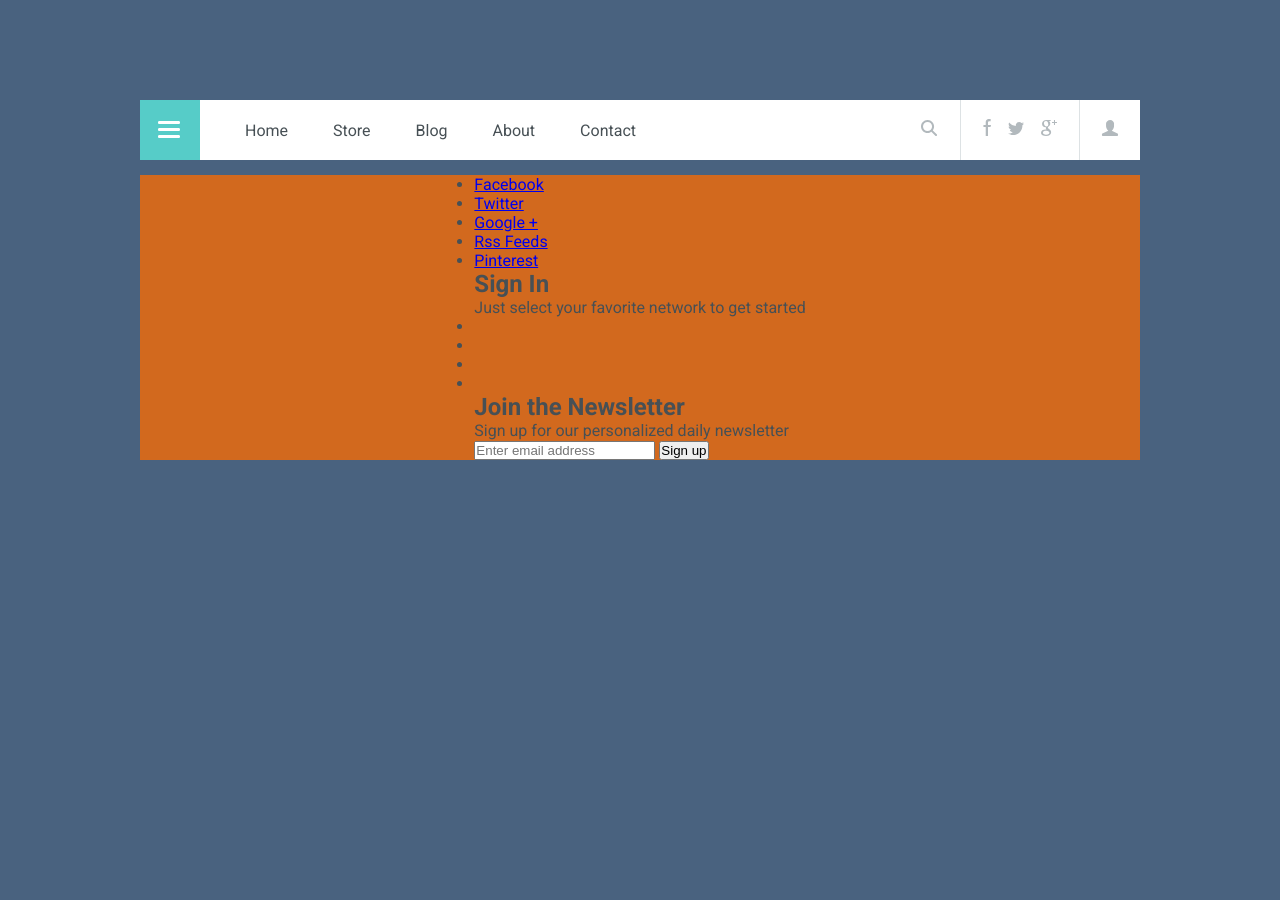
Repository: pawelczubak/WeeklyWebDevChallenge
Page: Challenge_4/index.html
These files come from the project's save history. The page is drawn as it stood at one moment and after the next save; the edit follows.
The browser window is 1280 px wide. The pictures show the whole page.
Some web libraries are served in a nearby version.

Above is the page before, as saved 2020-04-27 19:30:02.

### Challenge_4/index.html
<!DOCTYPE html>
<html lang="en">

<head>
    <meta charset="UTF-8">
    <meta name="viewport" content="width=device-width, initial-scale=1.0">

    <title>Weekly WebDev Challenge - 4</title>

    <link href="https://fonts.googleapis.com/css2?family=Roboto:wght@300;400;700&display=swap" rel="stylesheet">
    <script src="https://kit.fontawesome.com/f64caa1a2c.js" crossorigin="anonymous"></script>

    <meta name="viewport" content="width = device-width, initial-scale=1, user-scalable=yes">
    <link rel="stylesheet" href="css/main.css">
</head>

<body>
    <div class="container">
        <!--  -----  NAVIGATION START  -----  -->
        <nav class="nav">
            <div class="nav-button">

                <svg xmlns="http://www.w3.org/2000/svg" xmlns:xlink="http://www.w3.org/1999/xlink" width="0.24in"
                    height="0.18in">
                    <path fill-rule="evenodd" fill="rgb(255, 255, 255)"
                        d="M20.653,17.008 L1.347,17.008 C0.603,17.008 -0.000,16.417 -0.000,15.690 L-0.000,15.372 C-0.000,14.644 0.603,14.055 1.347,14.055 L20.653,14.055 C21.397,14.055 22.000,14.644 22.000,15.372 L22.000,15.690 C22.000,16.417 21.397,17.008 20.653,17.008 ZM20.653,9.980 L1.347,9.980 C0.603,9.980 -0.000,9.390 -0.000,8.662 L-0.000,8.344 C-0.000,7.617 0.603,7.027 1.347,7.027 L20.653,7.027 C21.397,7.027 22.000,7.617 22.000,8.344 L22.000,8.662 C22.000,9.390 21.397,9.980 20.653,9.980 ZM20.653,2.952 L1.347,2.952 C0.603,2.952 -0.000,2.362 -0.000,1.635 L-0.000,1.317 C-0.000,0.589 0.603,-0.001 1.347,-0.001 L20.653,-0.001 C21.397,-0.001 22.000,0.589 22.000,1.317 L22.000,1.635 C22.000,2.362 21.397,2.952 20.653,2.952 Z" />
                </svg>

            </div>
            <ul class="nav-list">
                <li class="nav-list__item"><a href="#" class="nav-list__link">Home</a></li>
                <li class="nav-list__item"><a href="#" class="nav-list__link">Store</a></li>
                <li class="nav-list__item"><a href="#" class="nav-list__link">Blog</a></li>
                <li class="nav-list__item"><a href="#" class="nav-list__link">About</a></li>
                <li class="nav-list__item"><a href="#" class="nav-list__link">Contact</a></li>
            </ul>
            <div class="nav-icons">
                <div class="nav-icons__search">
                    <a href="#" class="nav-link__icon">
                        <svg xmlns="http://www.w3.org/2000/svg" xmlns:xlink="http://www.w3.org/1999/xlink"
                            width="0.18in" height="0.17in">
                            <path class="nav-icons__svg" fill-rule="evenodd" fill="rgb(178, 185, 189)"
                                d="M15.728,14.309 L11.786,10.388 C12.600,9.303 13.088,7.963 13.088,6.504 C13.088,2.908 10.157,-0.006 6.541,-0.006 C2.926,-0.006 -0.005,2.908 -0.005,6.504 C-0.005,10.100 2.926,13.014 6.541,13.014 C7.963,13.014 9.275,12.558 10.349,11.793 L14.304,15.726 C14.697,16.117 15.335,16.117 15.728,15.726 C16.121,15.335 16.121,14.700 15.728,14.309 ZM6.541,11.011 C4.038,11.011 2.009,8.994 2.009,6.504 C2.009,4.015 4.038,1.996 6.541,1.996 C9.044,1.996 11.073,4.015 11.073,6.504 C11.073,8.994 9.044,11.011 6.541,11.011 Z" />
                        </svg>
                    </a>
                </div>
                <ul class="nav-icons__social-list">
                    <li class="nav-icons__social-icons">
                        <a href="#" class="nav-link__icon">
                            <svg xmlns="http://www.w3.org/2000/svg" xmlns:xlink="http://www.w3.org/1999/xlink"
                                width="0.09in" height="0.18in">
                                <path class="nav-icons__svg" fill-rule="evenodd" fill="rgb(178, 185, 189)"
                                    d="M7.672,0.063 L6.069,0.063 C6.069,0.063 2.724,-0.188 2.724,3.338 C2.724,4.092 2.724,6.011 2.724,6.011 L0.453,6.011 L0.459,7.910 L2.723,7.910 L2.725,17.002 L5.000,17.002 L5.000,7.910 L7.507,7.910 L8.042,6.011 L5.013,6.011 L5.013,3.266 C5.013,3.266 4.988,2.341 6.072,2.341 L7.662,2.341 L7.672,0.063 Z" />
                            </svg>
                        </a>
                    </li>
                    <li class="nav-icons__social-icons">
                        <a href="#" class="nav-link__icon">
                            <svg xmlns="http://www.w3.org/2000/svg" xmlns:xlink="http://www.w3.org/1999/xlink"
                                width="0.17in" height="0.14in">
                                <path class="nav-icons__svg" fill-rule="evenodd" fill="rgb(178, 185, 189)"
                                    d="M16.027,1.547 C15.437,1.809 14.803,1.985 14.138,2.065 C14.817,1.659 15.338,1.015 15.584,0.250 C14.949,0.625 14.245,0.898 13.497,1.046 C12.897,0.408 12.043,0.009 11.097,0.009 C9.282,0.009 7.810,1.478 7.810,3.291 C7.810,3.547 7.839,3.799 7.895,4.039 C5.163,3.901 2.741,2.595 1.119,0.611 C0.837,1.095 0.674,1.658 0.674,2.259 C0.674,3.398 1.255,4.402 2.137,4.990 C1.598,4.974 1.091,4.825 0.648,4.579 C0.647,4.593 0.647,4.606 0.647,4.621 C0.647,6.211 1.781,7.537 3.285,7.838 C3.009,7.913 2.718,7.953 2.418,7.953 C2.207,7.953 2.000,7.933 1.800,7.894 C2.218,9.198 3.432,10.147 4.871,10.172 C3.746,11.053 2.328,11.578 0.788,11.578 C0.523,11.578 0.261,11.562 0.004,11.531 C1.459,12.462 3.187,13.006 5.043,13.006 C11.089,13.006 14.395,8.006 14.395,3.671 C14.395,3.529 14.393,3.387 14.387,3.246 C15.029,2.783 15.586,2.206 16.027,1.547 Z" />
                            </svg>
                        </a>
                    </li>
                    <li class="nav-icons__social-icons">
                        <a href="#" class="nav-link__icon">
                            <svg xmlns="http://www.w3.org/2000/svg" xmlns:xlink="http://www.w3.org/1999/xlink"
                                width="0.18in" height="0.18in">
                                <path class="nav-icons__svg" fill-rule="evenodd" fill="rgb(178, 185, 189)"
                                    d="M15.006,4.015 L15.006,5.999 L13.966,5.999 L13.966,4.015 L11.997,4.015 L11.997,3.013 L13.966,3.013 L13.966,0.971 L15.006,0.971 L15.006,3.013 L17.010,3.013 L17.010,4.015 L15.006,4.015 ZM8.900,2.055 C9.780,2.557 10.247,3.589 10.247,4.730 C10.247,5.777 9.666,6.620 8.845,7.259 C8.043,7.884 7.891,8.145 7.891,8.676 C7.891,9.129 8.849,9.803 9.290,10.132 C10.823,11.279 11.112,12.000 11.134,13.433 C11.162,15.338 9.199,17.001 6.054,17.001 C3.294,17.001 0.982,15.749 0.982,13.959 C0.982,11.258 2.897,10.385 5.657,10.385 C5.958,10.385 6.233,10.377 6.518,10.377 C6.141,10.013 5.836,9.697 5.836,9.144 C5.836,8.815 5.940,8.501 6.087,8.221 C5.938,8.231 5.785,8.241 5.627,8.241 C3.360,8.241 2.041,6.653 2.041,4.664 C2.041,2.715 4.050,0.969 6.459,0.969 C7.701,0.969 11.208,0.969 11.208,0.969 L10.147,2.055 L8.900,2.055 ZM6.121,11.642 C4.364,11.642 2.912,12.300 2.912,13.538 C2.912,14.799 4.207,15.828 5.999,15.828 C8.520,15.828 9.398,14.865 9.398,13.601 C9.398,13.449 9.394,13.295 9.341,13.156 C8.733,11.642 6.774,11.642 6.121,11.642 ZM8.249,4.923 C8.040,3.342 7.249,2.152 6.035,2.115 C4.820,2.079 3.755,3.182 3.966,4.764 C4.175,6.348 5.330,7.409 6.545,7.446 C7.760,7.481 8.458,6.507 8.249,4.923 Z" />
                            </svg>
                        </a>
                    </li>
                </ul>
                <div class="nav-icons__acount">
                    <a href="#" class="nav-link__icon">
                        <svg xmlns="http://www.w3.org/2000/svg" xmlns:xlink="http://www.w3.org/1999/xlink"
                            width="0.182in" height="0.18in">
                            <path class="nav-icons__svg" fill-rule="evenodd" fill="rgb(178, 185, 189)"
                                d="M15.993,17.030 L1.963,17.030 C1.394,17.030 0.932,16.569 0.932,15.999 L0.932,15.405 C0.932,14.535 1.963,14.374 1.963,14.374 L7.322,11.719 C5.880,10.561 5.056,8.283 5.056,7.156 L5.056,4.578 C5.056,2.871 6.903,0.969 9.181,0.969 C11.459,0.969 13.024,2.871 13.024,4.578 L13.024,7.156 C13.024,8.394 12.208,10.604 10.779,11.729 L15.993,14.374 C15.993,14.374 17.024,14.551 17.024,15.405 L17.024,15.999 C17.024,16.569 16.562,17.030 15.993,17.030 Z" />
                        </svg>
                    </a>
                </div>
            </div>
        </nav>

        <!--  -----  NAVIGATION END  -----  -->

        <!--  -----  MAIN START  -----  -->
        <main class="main">
            <!--  -----  MENU SECTION START  -----  -->
            <section class="menu-section"></section>
            <!--  -----  MENU SECTION END  -----  -->

            <!--  -----  SOCIAL SECTION START  -----  -->
            <section class="social-section">
                <article class="social-section__socials-container">
                    <ul class="socials-container__socials-list">
                        <li class="socials-container__socials-items">
                            <a href="#" class="socials-container__socials-link">Facebook</a>
                        </li>
                        <li class="socials-container__socials-items">
                            <a href="#" class="socials-container__socials-link">Twitter</a>
                        </li>
                        <li class="socials-container__socials-items">
                            <a href="#" class="socials-container__socials-link">Google +</a>
                        </li>
                        <li class="socials-container__socials-items">
                            <a href="#" class="socials-container__socials-link">Rss Feeds</a>
                        </li>
                        <li class="socials-container__socials-items">
                            <a href="#" class="socials-container__socials-link">Pinterest</a>
                        </li>
                    </ul>
                    <div class="socials-container__follow-items">
                        <div class="socials-container__facebook-widget"></div>
                        <div class="socials-container__twitter-widget"></div>
                    </div>
                </article>
                <article class="social-section__sign-in">
                    <h2 class="socials-container__header">Sign In</h2>
                    <p class="sign-in__paragraph">Just select your favorite network to get started</p>
                    <ul class="sign-in__list">
                        <li class="sign-in__item"><a href="#" class="sign-in__link"></a></li>
                        <li class="sign-in__item"><a href="#" class="sign-in__link"></a></li>
                        <li class="sign-in__item"><a href="#" class="sign-in__link"></a></li>
                        <li class="sign-in__item"><a href="#" class="sign-in__link"></a></li>
                    </ul>
                </article>
                <article class="social-section__newsletter">
                    <h2 class="socials-container__header">Join the Newsletter</h2>
                    <p class="newsletter__paragraph">Sign up for our personalized daily newsletter</p>
                    <form action="GET" class="newsletter__form">
                        <input placeholder="Enter email address" type="email" name="email" required
                            class="newsletter__input" autocomplete="off" />
                        <button class="newsletter__button" formenctype="multipart/form-data" type="submit">Sign
                            up</button>
                    </form>
                </article>
            </section>
            <!--  -----  SOCIAL SECTION END  -----  -->
        </main>
        <!--  -----  MAIN END  -----  -->


    </div>

    <script src="js/main.js" type="text/javascript"></script>
</body>

</html>

### Challenge_4/css/main.css
*,
*::after,
*::before {
    box-sizing: border-box;
    margin: 0;
    padding: 0;
}

/*------------------  GLOBAL START  ------------------*/
body {
    margin: 0;
    padding: 0;
    font: 16px 'Roboto', sans-serif;
    color: #475055;
    background-color: #49627f;
}

.container {
    max-width: 1000px;
    min-height: 700px;
    margin: 100px auto;
    overflow: hidden;
}

/*------------------  GLOBAL END  ------------------*/
/*------------------  NAV START  ------------------*/
.nav {
    position: relative;
    display: flex;
    justify-content: left;
    width: 100%;
    height: 60px;
    background-color: #ffffff;
    margin-bottom: 15px;
}

.nav-button {
    display: flex;
    align-items: center;
    justify-content: center;
    background-color: #56ccc8;
    width: 60px;
    cursor: pointer;
    pointer-events: none;
}

.nav-button:hover {
    background-color: #56ddd8;
}

.nav-list {
    display: flex;
    list-style: none;

}

.nav-list__item {
    padding-left: 45px;
    display: flex;
    align-items: center
}

.nav-list__link {
    text-decoration: none;
    color: #475055;
}

.nav-list__link:hover {
    color: #56ccc8;
}

.nav-icons {
    display: flex;
    align-items: center;
    margin-left: auto;
}

.nav-icons__search {
    width: 60px;
    display: flex;
    justify-content: center;
}

.nav-link__icon {}

.nav-icons__social-list {
    position: relative;
    display: flex;
    height: 100%;
    justify-content: space-around;
    align-items: center;
    width: 120px;
    padding: 0 15px;
}

.nav-icons__social-list::before,
.nav-icons__social-list::after {
    position: absolute;
    content: '';
    top: 0;
    height: 100%;
    width: 1px;
    background-color: #dde2e4;
}

.nav-icons__social-list::after {
    left: 0;
}

.nav-icons__social-list::before {
    right: 0;
}

.nav-icons__social-icons {
    list-style: none;
}

.nav-icons__acount {
    width: 60px;
    display: flex;
    justify-content: center;
}

.nav-link__icon:hover .nav-icons__svg {
    fill: #152840;
}

/*------------------  NAV END  ------------------*/
/*------------------  MAIN START  ------------------*/
.main {
    display: flex;

    width: 100%;

}

/*------------------  MENU SECTION START  ------------------*/
.menu-section {
    flex-grow: 1;
    /*    !!!!!!!!!!  ONLY FOR TEST !!!!!! */
    heignt: 500px;
    background-color: chocolate;
}

/*------------------  MENU SECTION END  ------------------*/
/*------------------  SOCIAL SECTION START  ------------------*/
.social-section {
    background-color: chocolate;
    flex-grow: 1;
}

/*------------------  SOCIAL SECTION END  ------------------*/

/*------------------  MAIN END  ------------------*/

/*------------------  MEDIAQUERY START  ------------------*/

@media screen and (max-width: 1024px) {
    .container {
        max-width: 95%;
    }
}

@media screen and (max-width: 800px) {
    .container {
        margin: 15px auto;
    }

    /*------------------  NAV START  ------------------*/
    .nav-button {
        pointer-events: all;
    }

    .nav-list {
        position: absolute;
        flex-direction: column;
        background-color: #ffffff;
        width: 50%;
        top: 60px;
        left: 0;
        height: 500px;
        justify-content: space-around;
        align-items: center;
        transform: translateX(-101%);
        transition: all 0.2s ease-in;
    }

    .nav-list__item {
        opacity: 0;
        padding: 0;
    }

    /*------------------  NAV END  ------------------*/
}

.nav-list--active {
    transform: translateX(0%);
}

/*------------------  MEDIAQUERY END  ------------------*/

/*------------------  ANIMATIONS  ------------------*/
@keyframes navLinkFade {
    from {
        opacity: 0;
        transform: translateX(-50px);
    }

    to {
        opacity: 1;
        transform: translateX(0px);
    }
}

### Challenge_4/js/main.js
const navSlide = () => {
    const burger = document.querySelector('.nav-button');
    const nav = document.querySelector('.nav-list');
    const navLinks = document.querySelectorAll('.nav-list__item');



    burger.addEventListener('click', () => {
        //Toggle nav
        nav.classList.toggle('nav-list--active');

        //Animate links
        navLinks.forEach((link, index) => {
            if (link.style.animation) {
                link.style.animation = ''
            } else {
                link.style.animation = `navLinkFade 0.5s ease forwards ${index / 7 + 0.2}s`;
            }

        });
    });


}

navSlide();

After the next save:
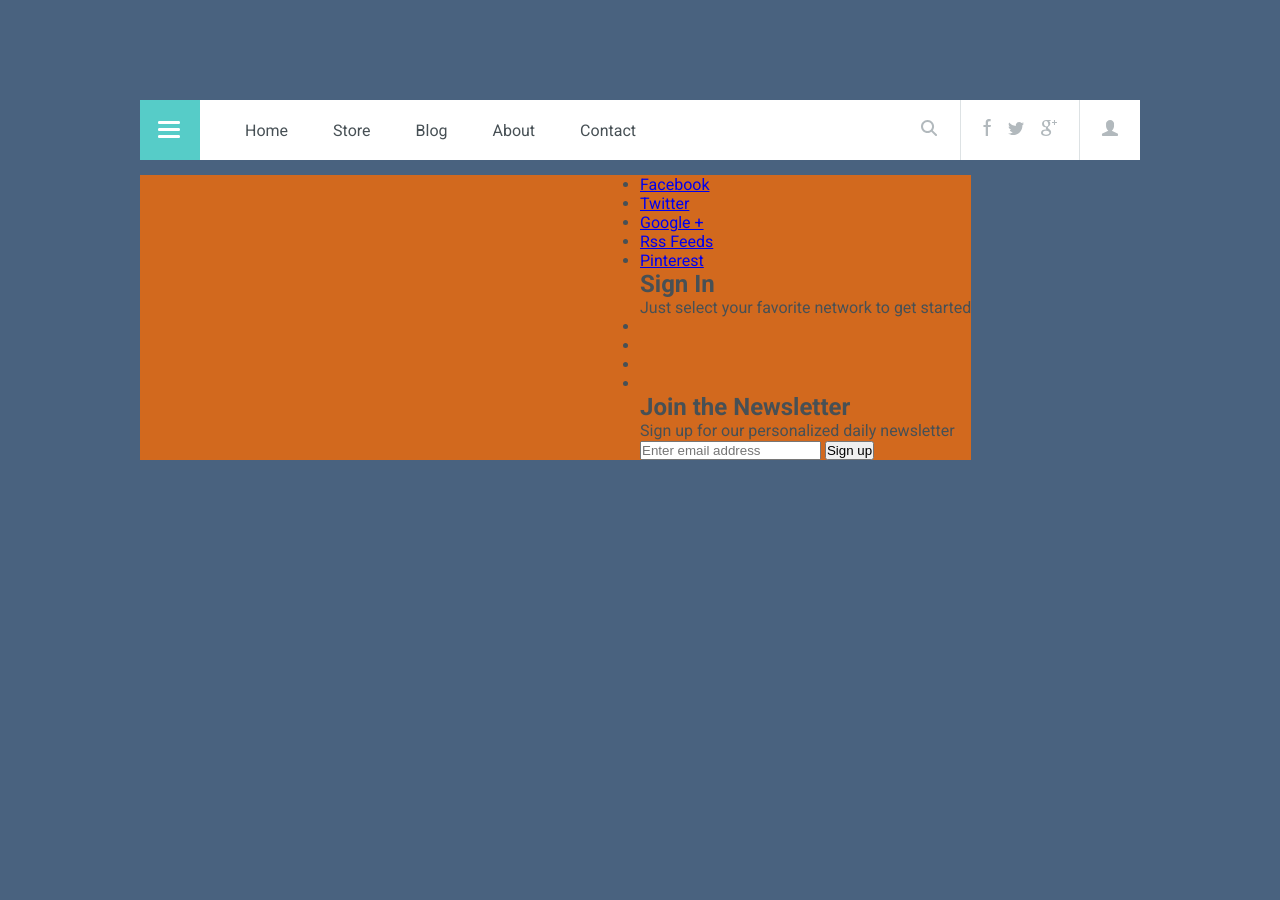
Saved 3 min 27 s later.
--- a/Challenge_4/css/main.css
+++ b/Challenge_4/css/main.css
@@ -136,7 +136,7 @@ body {
 
 /*------------------  MENU SECTION START  ------------------*/
 .menu-section {
-    flex-grow: 1;
+    width: 50%;
     /*    !!!!!!!!!!  ONLY FOR TEST !!!!!! */
     heignt: 500px;
     background-color: chocolate;
@@ -146,7 +146,7 @@ body {
 /*------------------  SOCIAL SECTION START  ------------------*/
 .social-section {
     background-color: chocolate;
-    flex-grow: 1;
+
 }
 
 /*------------------  SOCIAL SECTION END  ------------------*/
